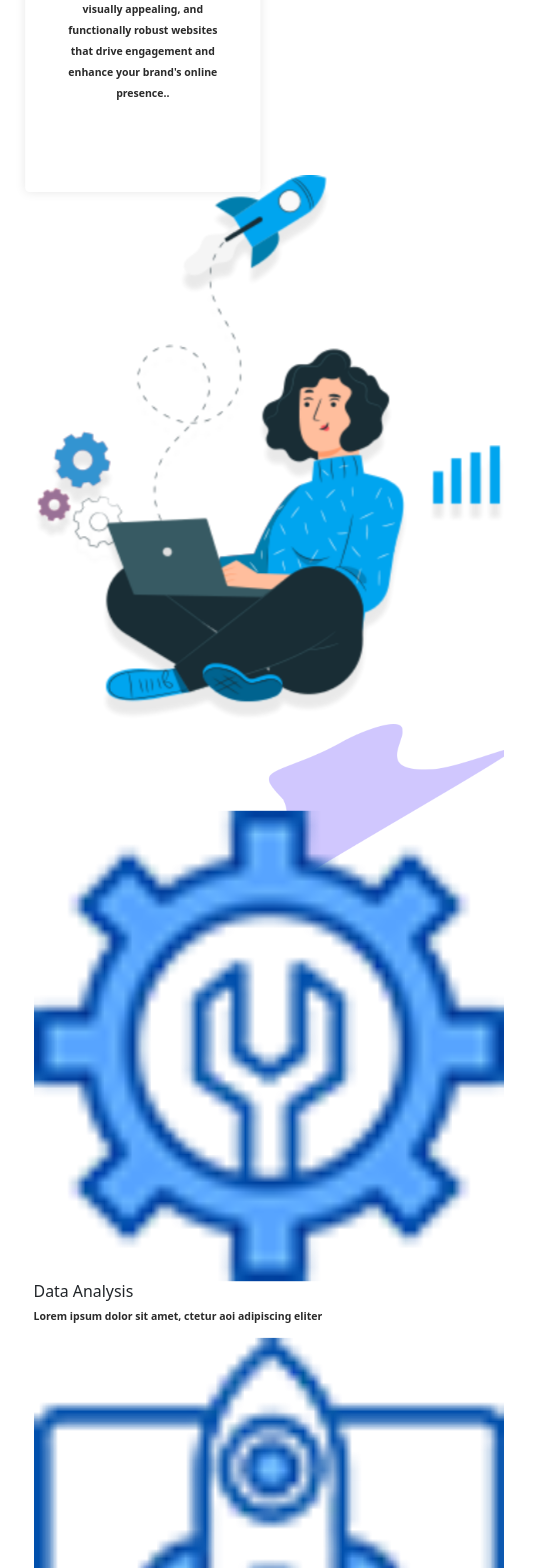
Repository: vijayholve/techzen
Page: about.html
These files come from the project's save history. The page is drawn as it stood at one moment and after a run of saves; the edit follows.
The browser window is 768 px wide. The pictures show the part of the page from y = 3856 to 6096 px (the page is 9429 px tall before and 6516 px after), at 70% of full size.
An inner scrolling area shows only its first screen. Some web libraries are served in a nearby version.

Above is the page before, as saved 2024-11-13 16:52:59.

After the next 2 saves:
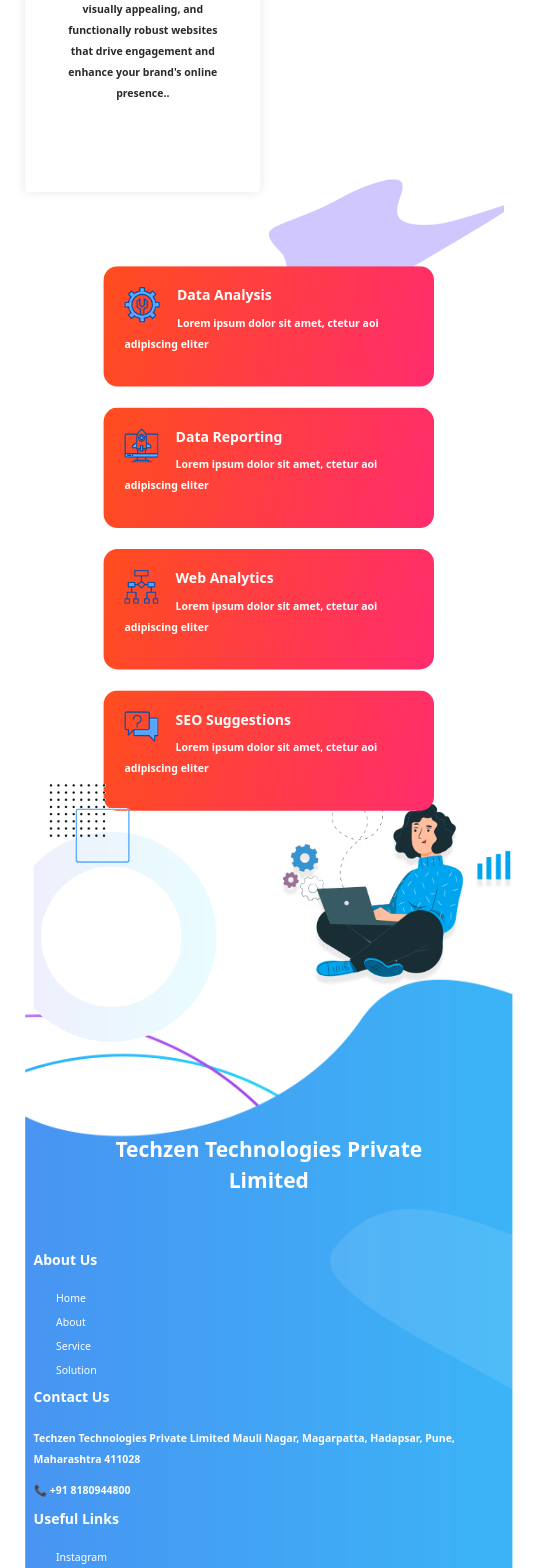
The 2 saves are shown as one change because they came seconds apart.
The last was saved 15 s later.
--- a/assets/css/career.css
+++ b/assets/css/career.css
@@ -2,7 +2,7 @@
     margin-top: 120px;
   }
 
-  .about-us {
+  .about-us-2 {
     background-image: url(../images/about-bg.png);
     background-repeat: no-repeat;
     background-position: center center;
@@ -10,31 +10,31 @@
     padding: 140px 0px 120px 0px;
   }
 
-  .about-us .left-image {
+  .about-us-2 .left-image {
     margin-right: 45px;
   }
 
-  .about-us .services .item {
+  .about-us-2 .services .item {
     margin-bottom: 30px;
   }
 
-  .about-us .services .item .icon {
+  .about-us-2 .services .item .icon {
     float: left;
     margin-right: 25px;
   }
 
-  .about-us .services .item .icon img {
+  .about-us-2 .services .item .icon img {
     max-width: 70px;
   }
 
-  .about-us .services .item h4 {
+  .about-us-2 .services .item h4 {
     color: #fff;
     font-size: 20px;
     font-weight: 700;
     margin-bottom: 12px;
   }
 
-  .about-us .services .item p {
+  .about-us-2 .services .item p {
     color: #fff;
   }
 
@@ -45,28 +45,28 @@
 #about {
     margin-top: 0px;
   }
-  .about-us {
+  .about-us-2 {
     position: relative;
     background-image: none;
     padding: 0px;
   }
-  .about-us .left-image {
+  .about-us-2 .left-image {
     margin-right: 0px;
     position: absolute;
     bottom: -220px;
     right: 0;
   }
-  .about-us .services {
+  .about-us-2 .services {
     text-align: center;
   }
-  .about-us .services .item  {
+  .about-us-2 .services .item  {
     background: rgb(255,77,30);
     background: linear-gradient(105deg, rgba(255,77,30,1) 0%, rgba(255,44,109,1) 100%);
     padding: 30px;
     border-radius: 20px;
     display: inline-block;
   }
-  .about-us .services .item .right-text {
+  .about-us-2 .services .item .right-text {
     text-align: left;
   }
 }
